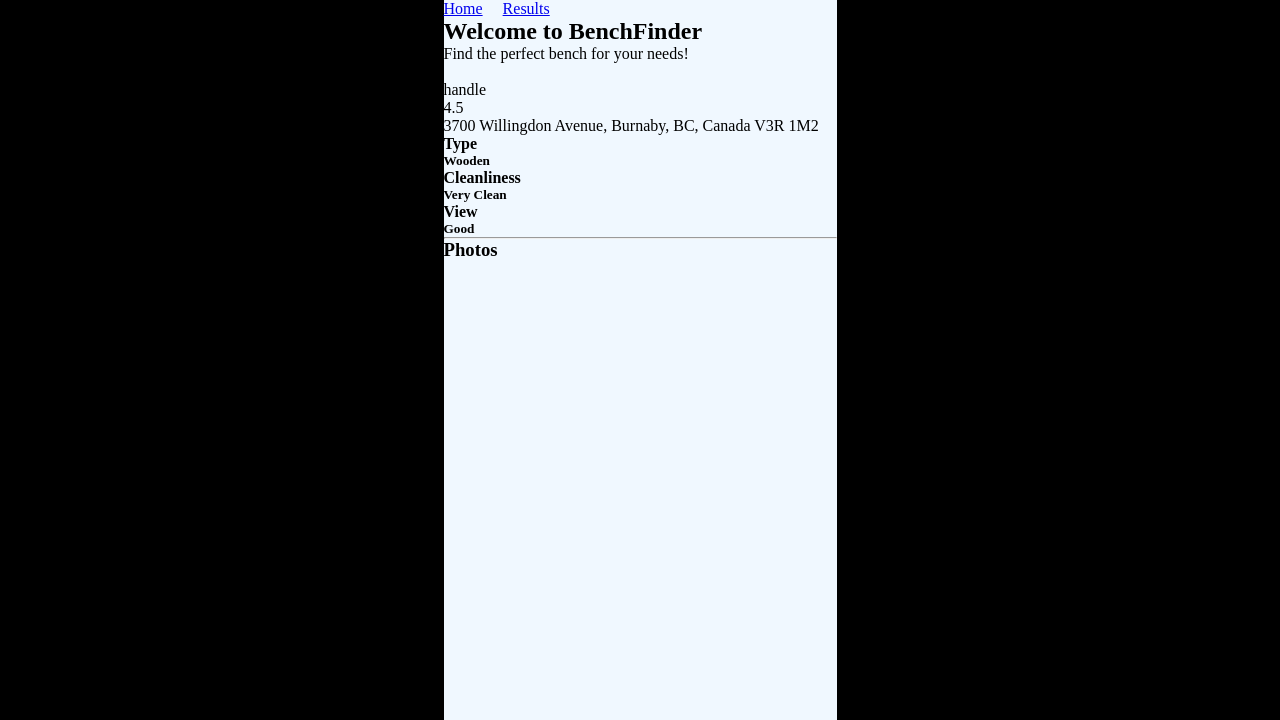
Repository: HidayatPatil/BenchFinder
Page: /
These files come from the project's save history. The page is drawn as it stood at one moment and after the next save; the edit follows.
The browser window is 1280 px wide. The pictures show the whole page.
The project was rebuilt for these pictures with package versions that can differ from the ones it lists, and the page was loaded fresh each time. Also part of the build but not shown: vite.config.js, src/Results.jsx.

Above is the page before, as saved 2025-10-09 18:45:13.

### index.html
<!doctype html>
<html lang="en">
  <head>
    <meta charset="UTF-8" />
    <link rel="icon" type="image/svg+xml" href="/vite.svg" />
    <meta name="viewport" content="width=device-width, initial-scale=1.0" />
    <title>benchfinder</title>
  </head>
  <body>
    <div id="root"></div>
    <script type="module" src="/src/main.jsx"></script>
  </body>
</html>

### src/index.css
/* Reset default margins and padding */
* {
    margin: 0;
    padding: 0;
    box-sizing: border-box;
}

body, html {
    width: 100%;
    height: 100%;
    overflow: hidden;
    background-color: black;
    display: flex;
    justify-content: center;
    align-items: center;
}

#root {
    width: 393px;
    min-width: 320px;
    max-width: 425px;
    height: 100vh;
    background-color: rgb(0, 0, 0);
    position: relative;
}

.app_body {
    width: 393px;
    min-width: 320px;
    max-width: 425px;
    height: 100%;
    background-color: aliceblue;
    margin: 0 auto;
}

### src/App.jsx
import { Routes, Route, Link } from 'react-router-dom'
import Result from './Results'
import Home from './Home'

export default function App(){
  return (
    <div className="app_body">
      {/* <h1 className="container">BenchFinder App</h1> */}
      <nav>
        <Link to="/" style={{ marginRight: '20px' }}>Home</Link>
        <Link to="/results">Results</Link>
      </nav>

      <Routes>
        <Route path="/" element={<Home />} />
        <Route path="/results" element={<Result />} />
      </Routes>
    </div>
  )
}

### src/Home.jsx
import ContentDrawer from "./components/contentDrawer"

export default function Home() {
  return (
    <div>
      <h2>Welcome to BenchFinder</h2>
      <p>Find the perfect bench for your needs!</p>
      <div className="google_maps">
        <img />
      </div>
      <ContentDrawer />
    </div>
  )
}

### src/components/contentDrawer.jsx
export default function ContentDrawer() {
  return (
    <div className="drawer_container">
      <div className="drawer_handle">handle</div>
      <div className="bench_data">
        <div className="data_metadata">
          <div className="metadata_name_options"></div>
          <div className="metadata_tags_rating">
            <div className="bench_tags"></div>
            <div className="bench_rating">4.5</div>
          </div>
          <div className="metadata_address">
            3700 Willingdon Avenue, Burnaby, BC, Canada V3R 1M2
          </div>
        </div>
        <div className="data_bench_overview">
          <div className="bench_type">
            <h4 className="overview_title">Type</h4>
            <h5 className="overview_content">Wooden</h5>
          </div>
          <div className="bench_cleanliness">
            <h4 className="overview_title">Cleanliness</h4>
            <h5 className="overview_content">Very Clean</h5>
          </div>
          <div className="bench_view">
            <h4 className="overview_title">View</h4>
            <h5 className="overview_content">Good</h5>
          </div>
        </div>
      </div>
      <hr />
      <div className="bench_photos">
        <div className="photos_heading">
          <h3>Photos</h3>
          {/* <img "add plus icon" />  */}
        </div>
        <div className="photos_gallery">
          <div className="gallery_image"></div>
          <div className="gallery_image"></div>
          <div className="gallery_image"></div>
        </div>
      </div>
    </div>
  );
}

Loaded but not shown: src/main.jsx (common file)

After the next save:
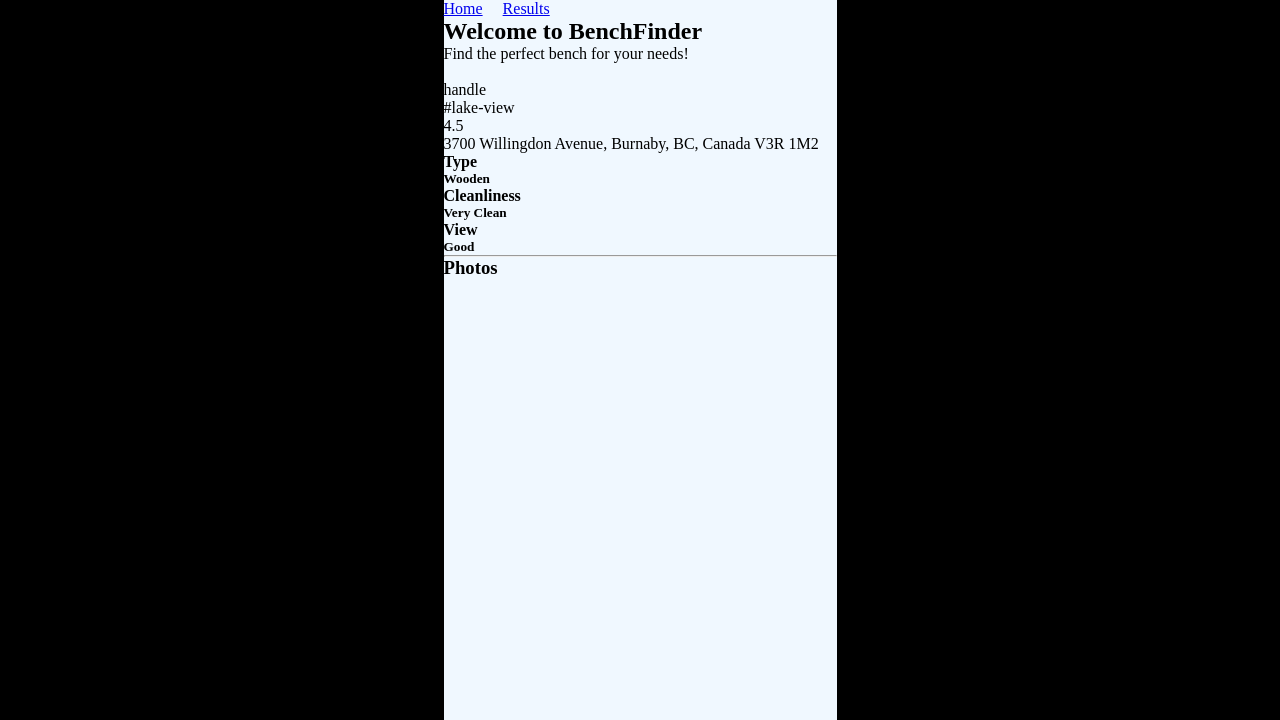
Saved 25 s later.
--- a/src/components/contentDrawer.jsx
+++ b/src/components/contentDrawer.jsx
@@ -6,7 +6,7 @@ export default function ContentDrawer() {
         <div className="data_metadata">
           <div className="metadata_name_options"></div>
           <div className="metadata_tags_rating">
-            <div className="bench_tags"></div>
+            <div className="bench_tags">#lake-view</div>
             <div className="bench_rating">4.5</div>
           </div>
           <div className="metadata_address">
